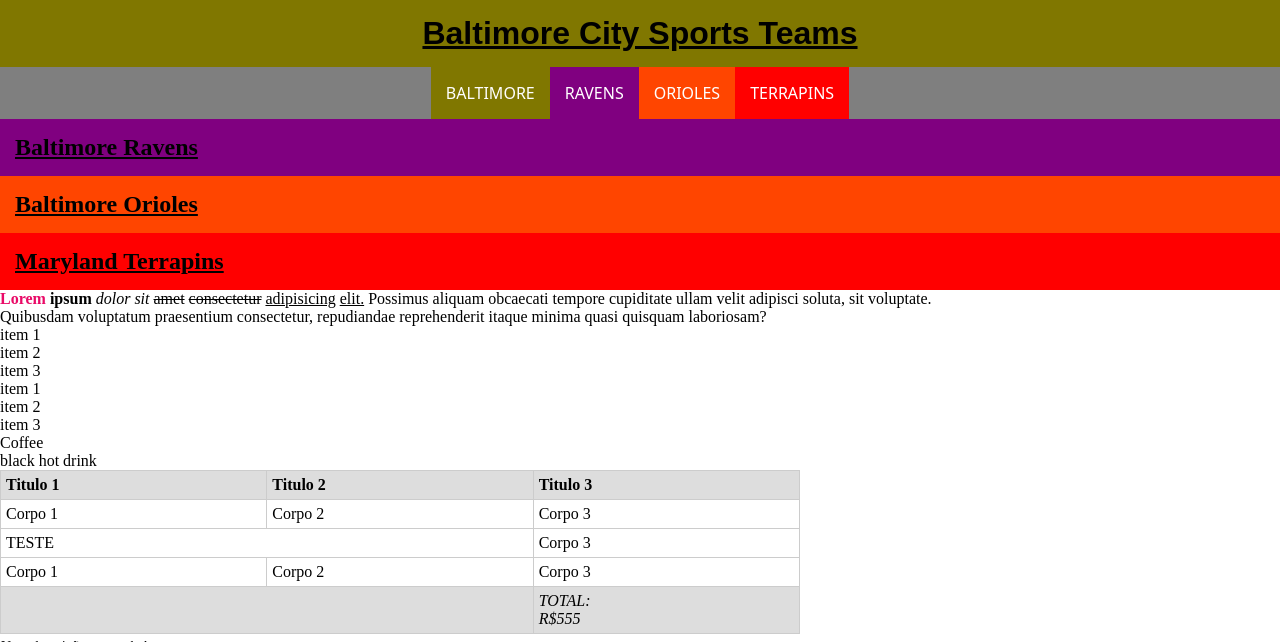
Repository: danilodscosta/CursoHTML
Page: index.html
The author's editor kept a copy of each file at every save. The page is drawn from the files as they stood at one save, then again after the next save.
The browser window is 1280 px wide. The pictures show the part of the page from y = 0 to 642 px (the page is 1232 px tall before and 1183 px after).
A picture or video elsewhere on the page could not be fetched, so the positions and the page height are approximate.

Above is the page before, as saved 2023-11-02 16:56:48.

### index.html
<!DOCTYPE html>
<html lang="pt-BR">

<head>
    <meta charset="utf-8">
    <meta name="viewport" content="width=device-width, inital-scale=1.0">
    <title>Baltimore</title>
    <link rel="stylesheet" href="style.css">
</head>

<body>

    <h1 id="titulo-1">
        <!--id e class são identificadores, sendo id > class, o vscode priorizará o id-->
        <a href="https://www.baltimorecity.gov/" class="text" target="_blank">Baltimore City Sports Teams</a>
    </h1>
    <nav>
        <ul>
            <li><a class="baltimoreh" href="https://www.baltimorecity.gov/" target="_blank">baltimore</a></li>
            <li><a class="ravensh" href="https://www.baltimoreravens.com/" target="_blank">ravens</a></li>
            <li><a class="oriolesh" href="https://www.mlb.com/orioles" target="_blank">orioles</a></li>
            <li><a class="terpsh" href="https://umterps.com/" target="_blank">Terrapins</a></li>
        </ul>
    </nav>
    <h2 id="ravens">
        <a href="https://www.baltimoreravens.com/" class="text" target="_blank">Baltimore Ravens</a>
    </h2>
    <h2 id="orioles">
        <a href="https://www.mlb.com/orioles" class="text" target="_blank">Baltimore Orioles</a>
    </h2>
    <h2 id="terps">
        <a href="https://umterps.com/" class="text" target="_blank">Maryland Terrapins</a>
    </h2>

    <!-- h1 > h6 importancia na semantica -->
    <p>
        <b class="bold">Lorem</b> <strong>ipsum</strong> <i>dolor</i> <em>sit</em> <del>amet</del>
        <s>consectetur</s> <ins>adipisicing</ins> <u>elit.</u> Possimus aliquam obcaecati tempore cupiditate
        ullam velit adipisci soluta, sit voluptate.<br>
        Quibusdam voluptatum praesentium consectetur, repudiandae reprehenderit
        itaque minima quasi quisquam laboriosam?
    </p>
    <!-- as tags: b, i, s, u são tags "fisicas",
    já as tags: strong, em, del, ins são tags "semânticas"
    <br> = quebra de linha -->

    <ul>
        <li>item 1</li>
        <li>item 2</li>
        <li>item 3</li>
    </ul>

    <ol type="A">
        <li>item 1</li>
        <li>item 2</li>
        <li>item 3</li>
    </ol>

    <dl>
        <dt>Coffee</dt>
        <dd>black hot drink</dd>
    </dl>

    <div class="responsive-table">
        <table>
            <caption>Uma descrição para tabela</caption>
            <thead>
                <tr>
                    <th>Titulo 1</th>
                    <th>Titulo 2</th>
                    <th>Titulo 3</th>
                </tr>
            </thead>

            <tbody>
                <tr>
                    <td>Corpo 1</td>
                    <td>Corpo 2</td>
                    <td>Corpo 3</td>
                </tr>
                <tr>
                    <td colspan="2">TESTE</td>
                    <td>Corpo 3</td>
                </tr>
                <tr>
                    <td>Corpo 1</td>
                    <td>Corpo 2</td>
                    <td>Corpo 3</td>
                </tr>
            </tbody>

            <tfoot>
                <tr>
                    <td colspan="2" rowspan="2"></td>
                    <td rowspan="2">TOTAL: <br>R$555</td>
                </tr>
            </tfoot>
        </table>
        </div>

    <hr>
    <p><a href="https://github.com/danilodscosta" target="_blank">GitHub</a>

        <a href="https://www.espn.com.br/nfl/jogador/_/id/3916387/lamar-jackson" target="_blank">
            <img class="lamar-photo"
                src="https://s2.glbimg.com/Ic0P2IRxEOcNXZfRlZgY5ee0my0=/0x0:1024x683/924x0/smart/filters:strip_icc()/i.s3.glbimg.com/v1/AUTH_bc8228b6673f488aa253bbcb03c80ec5/internal_photos/bs/2020/l/h/gBwkcLS4GNRl9JhqhbvA/gettyimages-1193646827.jpg"
                alt="Lamar Jackson"></a>
    </p>

    <blockquote>QB1.</blockquote>

    <section class="section-one">baltimore ranves shield</section>
    <section class="section-two">2</section>
    <hr>
    <div>Eu sou um bloco</div>
    <footer>teste</footer>
</body>

</html>

### style.css
* {
    margin: 0;
    padding: 0;
    box-sizing: border-box;
}

h1 {
    background: rgb(128, 119, 0);
    margin-left: center;
    margin-right: center;
    display: flex;
    align-items: center;
    justify-content: center;
}

p {
    color: rgb(0, 0, 0);
}

#titulo-1 {
    font-family: sans-serif;
    padding-top: 15px;
    padding-left: 15px;
    padding-bottom: 15px;
    padding-right: 15px;
}

#ravens {
    background: purple;
    color: black;
    padding: 15px;
}

#orioles {
    background: orangered;
    color: black;
    padding: 15px;
}

#terps {
    background: red;
    color: black;
    padding: 15px;
}

a.text:link {
    color: #000000;
}

a.text:visited {
    color: #000000;
}

a.text:hover {
    color: #1f0074;
}

.bold {
    color: rgb(233, 10, 103);
}

.lamar-photo {
    width: 200px;
}

.section-one,
.section-two {
    box-sizing: border-box;
}

.section-one {
    width: 200px;
    height: 150px;
    background-color: deeppink;
    background-position: center center;
    background-size: cover;
    background-image: url(https://www.patriotwood.com/cdn/shop/products/Ravens1.JPG?v=1538356410);
    border: 5px solid black;
    padding: 15px;
    color: #fff;
    margin: 20px;
}

.section-two {
    background: deepskyblue;
    width: 200px;
    height: 150px;
    border-width: 10px;
    border-style: solid;
    border-bottom-color: blue;
    border-top-color: red;
    border-left-color: yellow;
    border-right-color: green;
    padding: 15px;
    color: #fff;
    margin: 20px;
}

nav {
    background-color: rgba(0, 0, 0, 0.5);
}

nav {
    display: flex;
    align-items: center;
    justify-content: center;
}

nav a {
    color: #ffffff;
    text-decoration: none;
    padding: 15px;
    display: block;
    text-transform: uppercase;
    font-family: system-ui, -apple-system, BlinkMacSystemFont, 'Segoe UI', Roboto, Oxygen, Ubuntu, Cantarell, 'Open Sans', 'Helvetica Neue', sans-serif;
}

nav ul {
    display: flex;
    list-style-type: none;
    background: rgba(0, 0, 0, 0.2);
}

.baltimoreh {
    background-color: rgb(128, 119, 0)
}

.baltimoreh:hover {
    background: rgb(94, 87, 0);
}

.ravensh {
    background-color: purple
}

.ravensh:hover {
    background: rgb(77, 0, 77)
}

.oriolesh {
    background-color: orangered
}

.oriolesh:hover {
    background: rgb(187, 50, 0)
}

.terpsh {
    background-color: red
}

.terpsh:hover {
    background: rgb(165, 1, 1)
}

table td,
table th {
    border: 1px solid #ccc;
    padding: 5px;
    text-align: left;
}

table {
    border-collapse: collapse;
    width: 800px;
}

table caption {
    caption-side: bottom;
    font-size: 14px;
    font-style: italic;
    text-align: left;
    margin: 5px 0;
}

tfoot td,
table th {
    background-color: #ddd;
}

tfoot td {
    font-style: oblique;
}

.responsive-table{
    max-width: 100%;
    overflow-x: auto;
}


/* # antes de id
   . antes de class  */

After the next save:
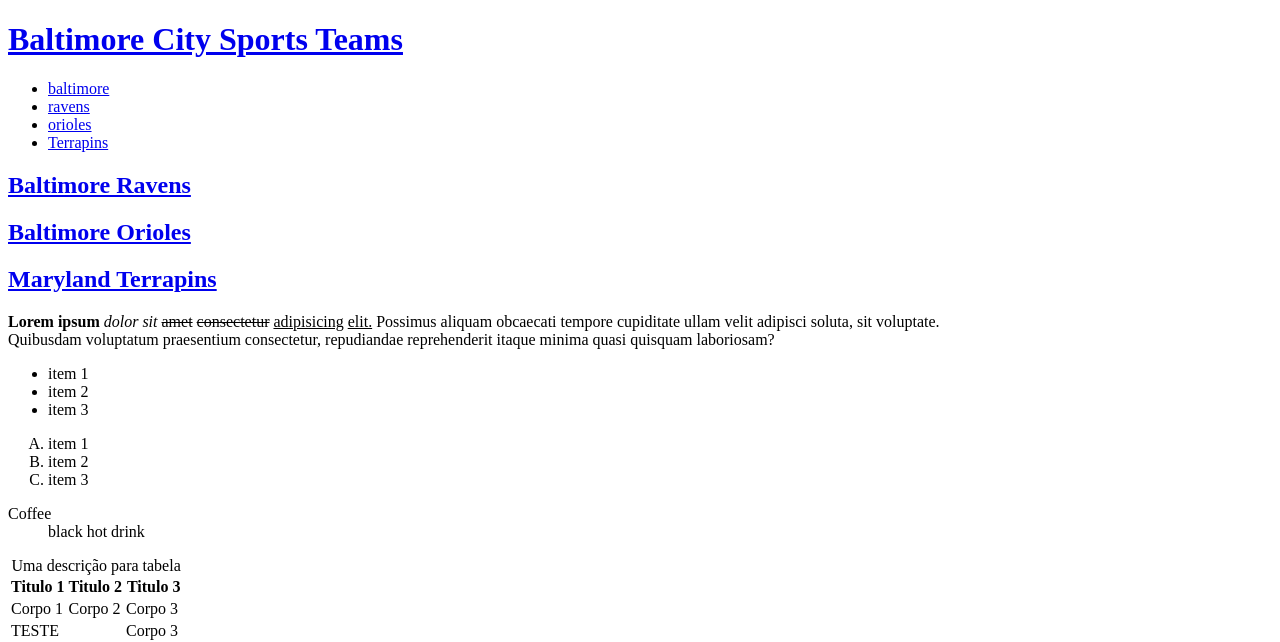
Not found: teste/css/style.css
Saved 66 s later.
--- a/index.html
+++ b/index.html
@@ -5,7 +5,7 @@
     <meta charset="utf-8">
     <meta name="viewport" content="width=device-width, inital-scale=1.0">
     <title>Baltimore</title>
-    <link rel="stylesheet" href="style.css">
+    <link rel="stylesheet" href="teste/css/style.css">
 </head>
 
 <body>
